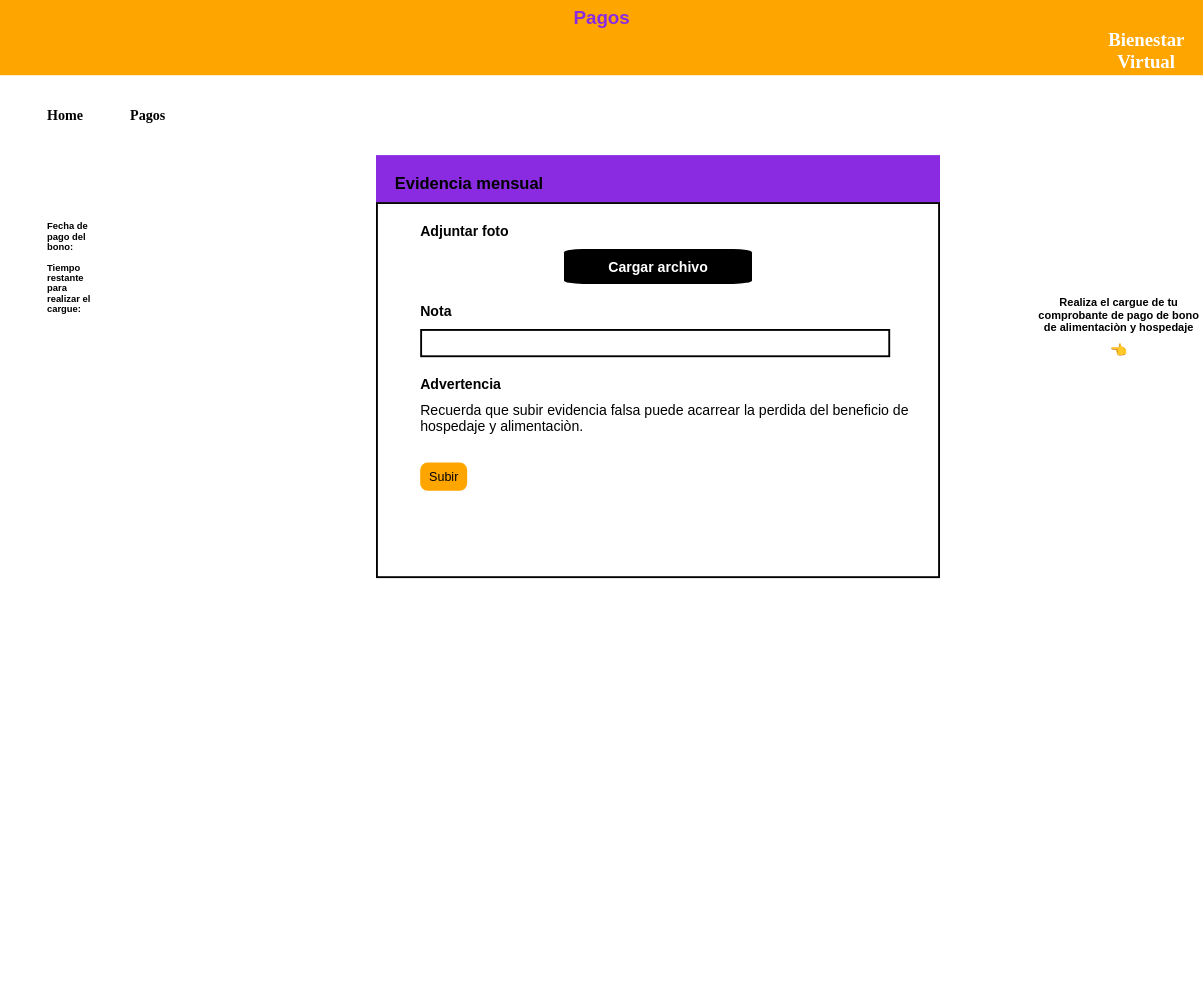
Repository: Diani123/Mis-actividades
Page: softwarebienestarinstitucional/pagos.html
These files come from the project's save history. The page is drawn as it stood at one moment and after the next save; the edit follows.
The browser window is 1280 px wide. The pictures show the whole page, at 94% of full size.

Above is the page before, as saved 2023-02-12 20:49:23.

After the next save:
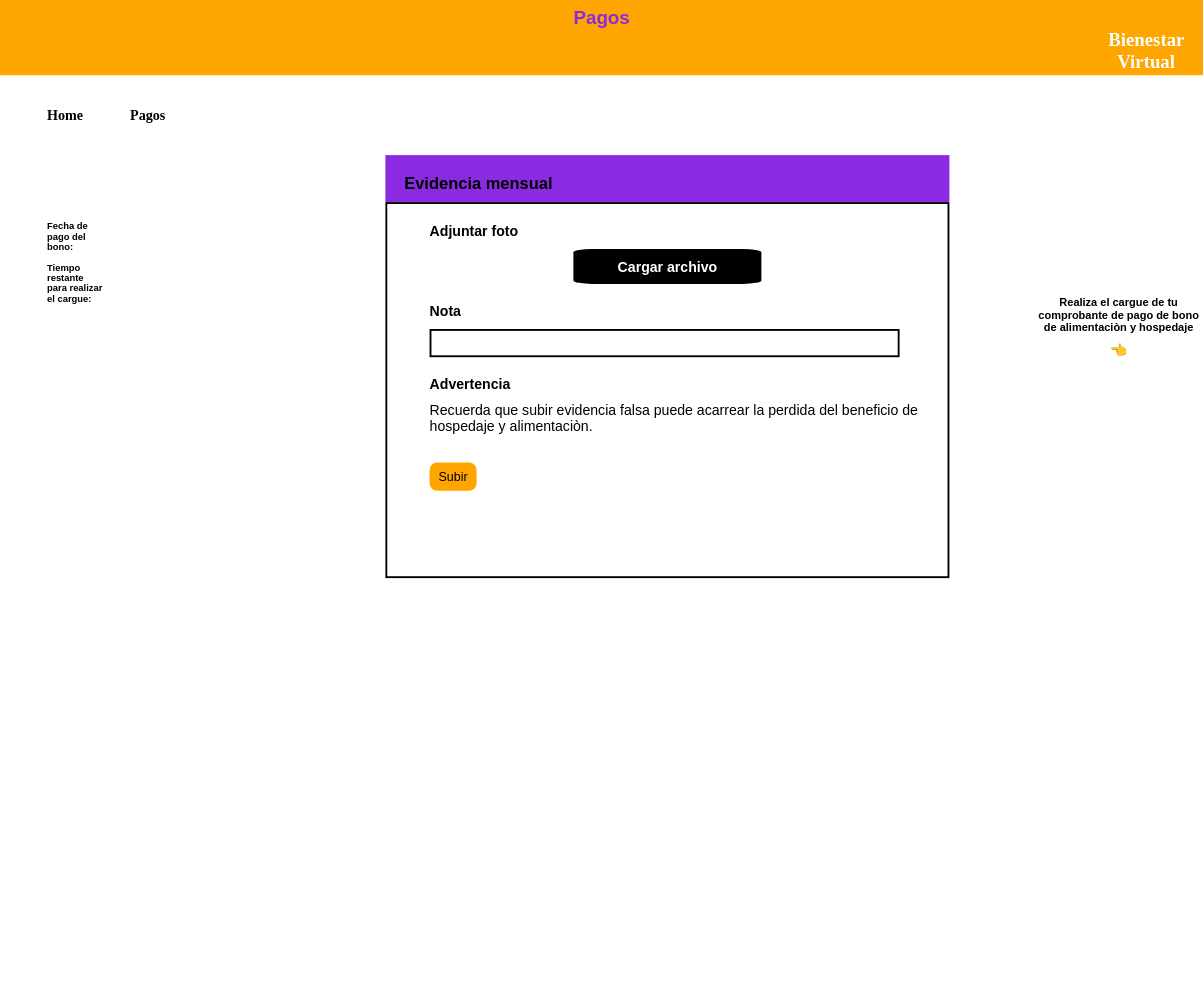
Saved 2 min 51 s later.
--- a/softwarebienestarinstitucional/pagos.css
+++ b/softwarebienestarinstitucional/pagos.css
@@ -159,7 +159,7 @@ body {
   font-weight: 700;
 }
 .contenedor2{
-  margin-left: 80px;
+  margin-left: 70px;
   margin-top: 150px;
   width: 200px;
   height: 50px;
